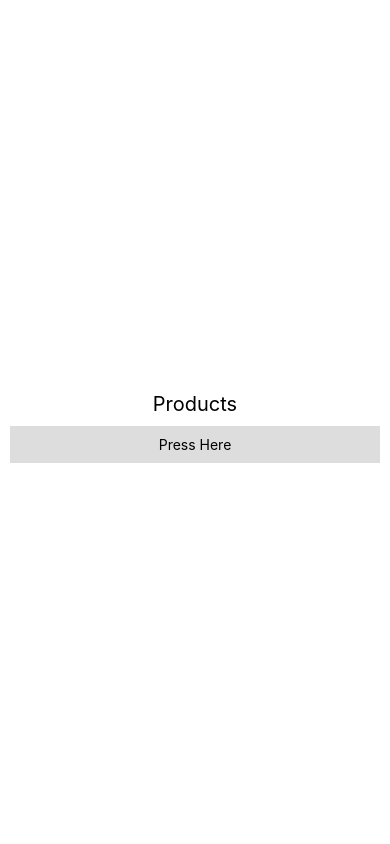
Repository: gatortim50/MyProducts
Screen: /
An editor plug-in stored every save of this project. The screen is shown before and after a run of saves, followed by the edit.
The page's requests for data from a server got no answer. The app was drawn by React Native's web renderer in a window 390 px wide. The project was rebuilt for these pictures with package versions that can differ from the ones it lists, and the page was loaded fresh each time. No one was signed in, and anything a server would have sent is missing.

Above is the screen before, as saved 2022-12-20 21:05:19.

After the next 2 saves:
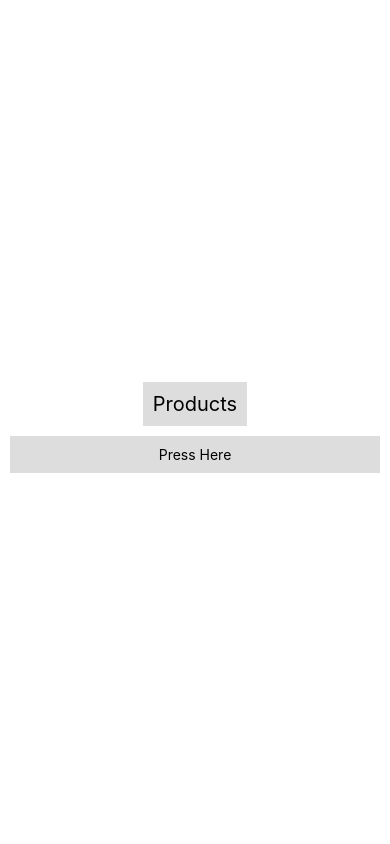
The 2 saves are shown as one change because 1 did not build or start.
The last was saved 3 min 31 s later.
--- a/src/App.tsx
+++ b/src/App.tsx
@@ -18,7 +18,7 @@ const App = () => {
 
   const Card = ({ title, show }) => (
     <View>
-      <Text style={{fontSize: 20}}>{title}</Text>
+      <Text style={styles.title}>{title}</Text>
       {show &&
         <TouchableOpacity
           style={styles.button}
@@ -59,7 +59,13 @@ const styles = StyleSheet.create({
   countContainer: {
     alignItems: "center",
     padding: 10
-  }
+  },
+  title: {
+    fontSize: 20,
+    alignItems: "center",
+    backgroundColor: "#DDDDDD",
+    padding: 10
+  },
 });
 
 export default App;
